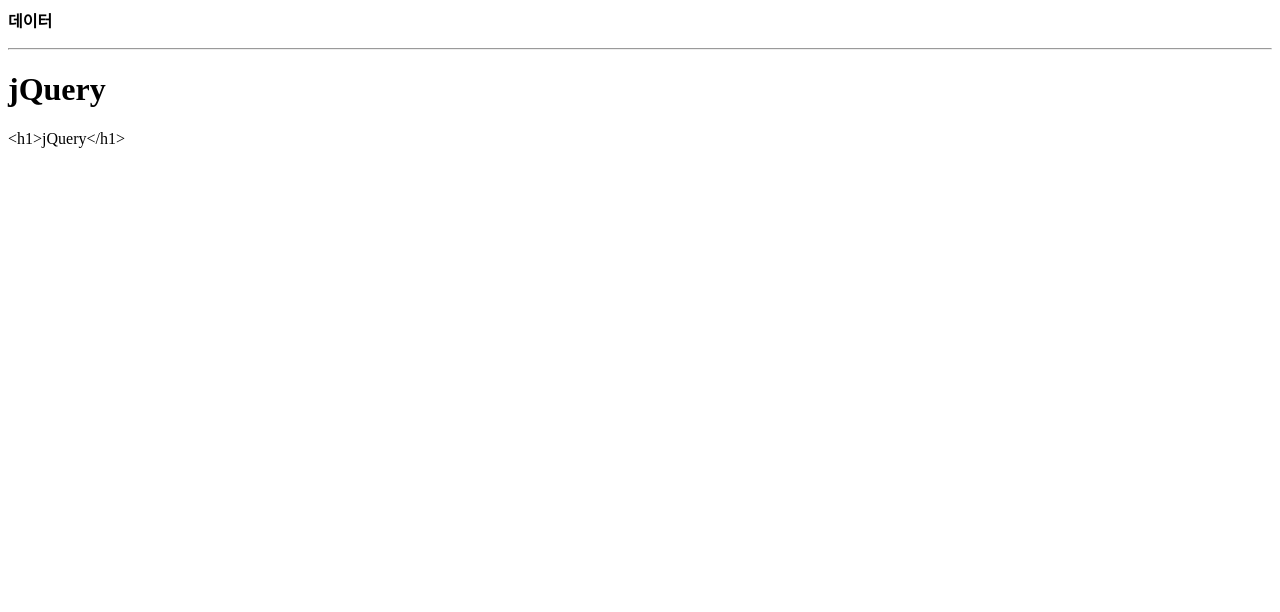
Repository: yoonanet/Web_Workspaces
Page: jQuery/src/main/webapp/03_DOM_Operation.html
These files come from the project's save history. The page is drawn as it stood at one moment and after the next save; the edit follows.
The browser window is 1280 px wide. The pictures show the whole page.

Above is the page before, as saved 2023-03-09 11:42:06.

### jQuery/src/main/webapp/03_DOM_Operation.html
<!DOCTYPE html>
<html>
<head>
  <meta charset="UTF-8">
  <title>문서 객체 조작</title> <!-- 조작이라기 보다는 변화를 줄 수 있는 방법의 기능들을 살펴볼 예정임. -->

  <style type="text/css">
     .first {color:red;}
     .second {color:pink;}
     .third {color:orange;}
  </style>

  <script src="./js/jquery-3.6.3.js"></script> <!-- 까먹지 않고 계속적으로 타이핑하기. -->
  <script type="text/javascript">
/* 1. 문서 객체의 클래스 속성 추가
// - addClass() : 문서 객체의 클래스 속성을 추가. -> 선택자 리뷰에서도 살펴봤었음.
//                클래스를 동적인 효과로써 부여해줄 수 있었음.
    // 예제1. 매개변수에 문자열 입력.
	$(function(){
		$('h1').addClass('item');
		//입력으로 item이라는 정보를 넣어줌. => 기존 코드에는 속성을 적용하지 않았지만 최종 코드에는 class라는 속성에 item이라는 값이 넣어짐.
		//입력으로 문자열 데이터를 전달하면 내부에서는 class라는 속성에 그 입력의 문자열 데이터를 넣어주면서 추가해준다는 것을 알 수 있음.
		//즉, addClass()메소드는 선택되어진 태그 코드에 클래스속성을 추가해주는 메소드임.

	});

    // 예제2. 매개변수에 함수 입력.
    $(function(){ //addClass메소드 => 함수를 전달하면서 서로 다른 이름의 클래스 이름을 추가할 수 있는 것임.
    	$('h1').addClass(function(index){
    		//addClass()는 몇번째 h1이였는지에 대한 값도 함께 전달을 하기 때문에 첫번째 h1을 만나면 0의 정보를 만났다고 하면서 함수를 호출하는 구조이다.
    		return 'item_'+index; //이름은 같지만 index값이 순차적으로 전달이 되어지므로 최종적으로 중복되지 않도록 클래스의 속성을 부여할 수 있게 된다.
    	});
    });
*/

/* 2. 문서 객체의 클래스 속성 제거
// - removeClass(): 문서 객체의 클래스 속성을 제거.
// - 여러 개의 클래스 속성 중 선택적으로 제거.

	$(function(){
		$('h1').removeClass('item');
		//removeClass메소드는 'h1'태그에서 'item'이라고 정의되어져 있는 클래스 속성을 만나면 그 클래스 속성을 제거해달라는 기능임!!
	});
*/


/* 3. 문서 객체의 속성 검사
// - attr(): .속성과 관련된 모든 기능 수행.
//           .첫번째 문서 객체의 속성 출력.

	$(function(){
		var src = $('img').attr('src');
		//태그 선택자로 img를 선택 후 attr()메서드 호출 => 입력으로 src 속성을 넣어줌
		//attr(): 태그(img)가 여러 개 있다고 하더라도 처음에 만나는 문서객체에 해당되어지는 value 값만 읽어오게끔 기능을 제공해주고 있는 것이다.
		//        => 태그의 속성 값을 파악하기 위해서 확인하고자 할 때 활용한다.
		//주의) 모든 정보를 다 알려주는 것이 아닌 첫번째로 만나는 문서객체의 값을 읽어온다.

		alert(src); //첫번째 이미지의 src속성에 담겨져 있는 value값을 읽어와준다는 것을 결과로 알 수 있다.
	});
*/



/* 4. 문서 객체의 속성 추가 -> !!속성과 관련된 모든 처리는 attr()메서드가 담당하고 있음!!
// - attr() 메서드 사용.
// - 3가지 형태로 사용.

	$(function(){
// [속성을 추가하는 형태]
//	1) $(selector).attr(name, value);
		//$('img').attr('width', '200'); //결과: 모든 이미지들이 200이라는 사이즈로 리사이징이 되어 화면상에 출력되고 있음
		//3개의 img가 모두 선택됨 -> attr('속성의 이름', '그 속성의 값')으로 지정해주도록 한다.

//	2) $(selector).attr(name, function(index){}); -> 두번째 매개변수에 함수를 넣어줌.
//     속성의 값에서 사용자 지정 함수를 통해 기능을 달리하여 구성할 수 있다.
//     즉, 함수를 통해 전달되어지는 index값에 따라 독립적인 기능을 적용시킬 수 있다!!
		//$('img').attr('width', function(index){
			//- img태그를 만나게 되면 함수가 호출이 됨 -> 첫번째 태그일 경우 0이 전달됨
			//return (index + 1) * 100; //이미지 축소의 개념으로 정의한 것임
		//}); //함수를 전달하면서 위 기능을 전달하게 되면 첫번째 이미지는 100, 두번째 이미지는 200, 세번째 이미지는 300이 되면서 출력이 되어질 것이다.
		    //각각의 이미지의 크기를 달리하면서 출력할 목적으로 작성된 코드임


//	3) $(selector).attr(object); -> 입력으로 객체를 전달
		$('img').attr({
		//객체는 key와 value값을 통해 정의하는 형식이기 때문에 그 형식 그대로 속성을 부여할 수 있다.
		//key에 속성의 이름을 넣어주고, value의 값은 메서드 혹은 고정된 값으로 넣어줄 수 있다.
			width: function(index){
				return (index + 1) * 100;
			}, //값으로 함수를 넣어줄 때는 attr메서드에서 함수로 매개변수가 들어갔을 때랑 동일하게 정의를 해주도록 한다.
			height: 100 //고정된 값을 넣어줌
		});
	}); //결과: 너비와 높이의 두 개의 속성 값을 지정하면서 이미지 왜곡이 생긴 결과 창이 출력되고 있음
*/


/* 5. 문서 객체의 속성 제거
// - removeAttr(name):문서 객체의 속성을 제거해주는 메서드.

	$(function(){
		$('h1').removeAttr('data-index'); //removeAttr메서드의 입력으로 사용자가 임의로 부여해준 속성의 이름(data-index)을 넣어주도록 한다.
	}); //결과적으로 속성자체가 태그에서 제거되고 있는 것을 결과 창으로 확인할 수 있다.
*/


/* 6. 문서 객체의 스타일 검사
// - css(): 스타일과 관련된 모든 기능을 수행.

	$(function(){
		var color = $('h1').css('color'); //css에서 color에 대한 값을 읽어오도록 함.
		// css메소드도 적용되고 있는 속성중에 color의 값을 읽어오라고 하면
		// => 첫번째로 만나는 h1의 color의 value값을 반환해오고 있다.
		alert(color); //첫번째 요소의 rgb값이 출력됨(rgb(255, 0, 0))

	}); // -> 스타일에 대한 속성의 값을 검사할 때 활용하도록 한다.
*/


/* 7. 문서 객체의 스타일 추가 - css메서드를 활용
//- 사용형태 3가지 (attr()와 동일한 형태로 제공을 해주고 있음.)
$(function(){
// 1) $(selector).css(name, value);
		//$('h1').css('color', 'blue'); //모든 h1에 텍스트 색상을 파란색으로 적용하도록 함
		//소스코드에 가보면 body부분에 style로 속성이 적용되어지고 있음
		//css메소드로 속성의 이름과 그때 적용할 수 있는 값으로 전달하여 처리할 수 있다.

// 2) $(selector).css(name, function(index) { });
//   . 선택자로 선택한 문서 객체에 개별적으로 스타일 속성을 적용하고 싶을 때 사용하는 방법.
//   . 함수를 이용하면 그 안에 적용되는 기능에 따라서 다양한 효과를 부여할 수 있는 것임 => 지금은 어떠한 효과를 줄 수 있는지를 실습으로 확인해보는 것임.

		var color = ['red', 'green', 'blue']; //세개의 값을 저장하는 배열변수를 선언

		$('h1').css('color', function(index){ //두번째 매개변수로 함수를 전달하면 프로그래머가 다양한 기능을 지정해줄 수 있음!!
			return color[index]; //h1태그를 index에 따라서 color를 독립적으로 색상이 적용하도록 한다. (첫번째 h1은 red, 두번째 h1은 green, 세번째 h1은 blue로 적용됨)
		});

// 3) $(selector).css(object);
	var color = ['red', 'green', 'blue'];

	$('h1').css({ //매개변수를 객체로 전달을 하게 되면 여러 속성들을 map의 형태로 정의해줄 수 있음
		color:function(index){ return color[index]; }, //2)에서 정의했던 부분이랑 동일하게 해석하면 됨.
		background:'black' //추가적인 속성을 지정해주도록 함.
	}); //객체는 필드에 제한이 없기 때문에 여러 속성의 값들을 적용을 하면서
	    //해당 선택자에 선택되어진 태그에 다양한 효과를 부여해줄 수 있다!!

});
*/

/* 8. 문서 객체의 내부 검사
$(function(){
//- 기존 자바스크립트에서 문서 객체의 innerHTML 속성과 관련된 jQuery 메서드.
//- 1) html(): 문서 객체 내부의 글자와 관련된 모든 기능을 수행.

	var html = $('h1').html(); //반환되어지는 값을 통해서 html기능을 확인해 볼 예정
	alert(html); //Header-0 => 첫번째 h1에 텍스트노드에 있는 문자열에 대한 데이터를 반환해주는 것을 확인해볼 수 있다.
	//추가를 할 수 있지만 속성과 관련된 검사에 대한 기능으로 메서드를 그대로 활용할 수 있는 것임


//- 2) text(): html()과 유사하게 동작되어지는 메서드로써 추가적인 제공을 해줌.
//   . 문서 객체 내부의 글자와 관련된 모든 기능을 수행.
//   . 선택자로 선택한 모든 문서 객체의 글자를 가져와 출력.

	var text = $('h1').text();
	alert(text); //Header-0Header-1Header-2 => 모든 h1에 텍스트노드에 있는 문자열에 대한 데이터를 연속으로 반환해줌.

	//[html과 text ↓]
	//=> 문자열 데이터를 읽어와주는 기능이라는 것은 동일함.
	//하지만, html을 호출하면 만나는 첫번째 h1의 정보만을 보여주면서 기다리게 되고,
	//        text로 호출을 하게 되면 모든 h1을 검색해서 텍스트의 형태로 반환을 해주고 있다.

});
*/

/* 9. 문서 객체의 내부 추가 => html()과 text()를 활용할 수 있음
// 1) $(selector).html(value);
//       -> HTML 태그를 인식해 문자열 삽입.

	$(function(){
		$('div').html('<h1>$().html()</h1>'); //태그로 인식하여 동작이 되면 h1태그 안이 문자열로 인식될 것임
	 	//결과적으로 div태그에 html입력으로 작성해줬던 코드들이 태그로 인식되어 삽입이 되어지고 있다는 것을 확인해 볼 수 있다.

//    $(selector).text(value);
//       -> HTML 태그를 인식하지 않음.

		$('div').text('<h1>$().html()</h1>');
		//text입력으로 넣어준 코드들이 태그로 인식이 되어지는 것이 아니라 텍스트(문자열) 자체로 인식이 되어진다는 것을 결과창으로 확인할 수 있다.
	});

//  2) $(selector).html(function(index, html){}); //입력으로 함수를 전달할 수 있게끔 기능이 오버로딩 되어 있음
//     $(selector).text(function(index, html){});

    //[html적용 - 태그로 인식]
    $(function(){
    	$('div').html(function(index, html){
    		return '<h1>Header - '+index+'</h1>'; //h1을 태그로 적용하기 때문에 제목의 형태로 인덱스값만 달리하여 결과값을 확인할 수 있다.
    	});

    });

    //[text적용 - 텍스트로 인식]
    $(function(){
    	$('div').text(function(index, html){
    		return '<h1>Header - '+index+'</h1>'; //태그의 형태가 아닌 텍스트의 형태로 출력이 되는 것을 확인해볼 수 있다.
    	});

    });
   */

/* 10. 문서 객체의 내부 제거
// 1) remove(): 특정 문서 객체를 제거.
// 2) empty() : 특정 문서 객체의 후손을 모두 제거.
// css에서도 동일하게 제공을 해주고 있었음. 하지만 css는 정적으로 하여 처리를 해줄 수 있을 뿐이지 수행하는 과정에서 동적인 처리를 하기에는 어려움이 있음

	//[remove()메소드]
	$(function(){
		$('h1').first().remove(); //첫번째 h1을 제거함.
	}); //remove()를 활용하면 특정 문서 객체가 사라지게 하는 효과를 가져갈 수 있음

	//[empty()메소드]
	$(function(){
		$('div').first().empty(); //empty(): div(선택되어진 태그)에 후손으로 있는 모든 태그들을 제거함.(div안에 있는 모든 요소들이 대상으로 선택됨)
	});
*/

/* 11. 문서 객체의 생성(1)
//- 텍스트 노드를 갖는 문서 객체를 생성하는 방법.
//- $(): 문서 객체 생성.
//- $() 함수의 매개 변수에 HTML 태그를 문자열로 넣기만 하면 문서 객체가 생성됨.
//- 자바스크립트에서는 문서객체를 생성하려면 태그하나만 생성하려고 해도 createElement로 생성을 하고
//  텍스트 노드가 있다면 createTextNode를 생성하고 이 둘을 연결하고, 출력의 위치를 연결해줘야 하는 번거로운 코드를 구성했어야 했음.

//- 생성한 문서 객체를 body 태그에 추가하는 방법1.
	//$(document).ready(function(){});

	$(function(){
		//태그를 추가하고 싶다고 할 때는 추가할 태그를 입력으로 넣어주면 된다. => jQuery가 자동인식을 함. (createElement와 동일한 효과)
		$('<h1></h1>').html('Hello jQuery!').appendTo('body');
		//h1은 텍스트노드가 삽입이 되어야 의미가 있음
		//-> 메서드 체이닝 방식을 통해 html메서드를 호출하여 삽입할 텍스트를 넣어주도록 한다. (createTextNode와 동일한 효과)
		//-> jQuery는 자체적으로 연결을 해주기 때문에 별도로 작업을 수행할 필요가 없음!!
		//-> 출력의 위치는 appendTo()메서드를 이용해서 태그를 지정해주도록 한다.
		//   appendTo는 입력으로 지정한 태그를 기준으로 자식으로 넣어주겠다는 의미이다.
		//즉, jQuery를 이용하면 자바스크립트에서의 번거로웠던 코드에서 간단하게 한줄로 코드를 작성할 수 있게 되는 것이다. (+) 더 직관적임, 메소드를 기억해야 하는 부담감도 덜어짐.

	});


//- $() 메서드의 내부에 HTML 태그를 바로 넣어 body 태그에 추가하는 방법2 => 위 1방법보다 더 간단해짐.
	$(function(){
		$('<h1>Hello jQuery</h1>').appendTo('body'); //body태그 뒤에 추가함.
		//html을 생략하여 완성된 구문을 jQuery함수에 호출 시에 넣어주면서 appendTo에 지정한 영역에 추가해달라는 의미를 전달하게 된다. => 더 간결한 코드를 작성할 수 있음.
	});
	*/

/* 12. 문서 객체의 생성(2)
//- 텍스트 노드를 갖지 않는 문서 객체(고유속성을 가지고 있음)를 생성하는 방법. ex)자바스크립트에서는 img태그로 실습을 했었음
//  -> 따라서 attr()의 메소드를 활용하여 값을 부여하도록 한다.

	$(function(){
		$('<img />').attr('src', 'img/Koala.jpg').appendTo('body');
		//이미지 태그를 추가할 때 이전에 컨셉과 동일함 (img태그는 src속성을 지정해줘야 의미를 가짐.)
		//jQuery에서 속성과 관련된 처리를 해주는 메서드는 attr()로 처리함.
		//이후에 appendTo메서드를 통해 추가될 영역을 지정하여 추가하도록 한다.
	});

	$(function(){ //확인해보기!!
		$('<img />').attr({ //attr()메소드에서 객체로 전달을 하게되면 다양한 속성을 한번에 적용을 할 수가 있음 (바로 속성을 지정하도록 하면 한 가지의 속성만 지정할 수 있음)
			src:'img/Koala.jpg',
			width:'350',
			height:'250'
		}).appendTo('body');

	});
*/


/* 13. 문서 객체의 삽입(1) => 다양한 메서드로 정의를 해서 제공을 해줌으로써 다양한 위치에 삽입할 수 있는 방법들을 제공 */
//- $(A).appendTo(B)  : A를 B의 뒷 부분(자식 요소)에 추가한다.
//- $(A).prependTo(B)  : A를 B의 앞 부분(자식 요소)에 추가한다. => body로 지정하면 안됨.(body앞에 태그가 올 수 없음)
//- $(A).insertAfter(B)  : A를 B의 뒤(형제요소)에 추가한다.     => 대등한 관계로 바라봄. 나란히 앞이나 뒤에 붙이는 것임
//- $(A).insertBefore(B)  : A를 B의 앞(형제요소)에 추가한다.


/* 14. 문서 객체의 삽입(2) => (1)에서 주체가 바뀌는 것임 => 주체가 A임
//     이름이 간단해서 주로 많이 사용됨.
//- $(A).append(B) : B를 A의 뒷 부분(자식 요소)에 추가한다. =>(A)에 body가 들어가면 됨.
//- $(A).prepend(B) : B를 A의 앞 부분에 추가한다.           =>앞에 자식으로 붙이겠다는 의미
//- $(A).after(B)    : B를 A의 뒤에 추가한다.               =>대등한 관계.
//- $(A).before(B)   : B를 A의 앞에 추가한다.

//- 모든 메서드 사용 방법 동일
//- 1. $(selector).append(content, content, ....... , content) : 갯수의 제한 없이 얼마든지 추가할 수 있는 첫번째 형식.

	$(function(){
		var h1 = '<h1>Header 1</h1>';
		var h2 = '<h2>Header 2</h2>';

		$('body').append(h1, h2, h1, h2); //=> 갯수는 제한이 없음
		//append일 때는 주체가 앞에 옴. body의 자식으로 지정해준 변수의 태그들을 추가해달라는 의미이다.
		//=> body에서 맨 하단에 추가됨!!
	});
*/

//- 2. $(selector).append(function(index, value){}); //append메서드에 함수를 전달하게끔 정의가 되어져 있음


//- 3.



/* 15. 문서 객체의 이동 */
//- 기존에 존재하는 문서 객체를 선택하고 문서 객체 삽입 메서드를 사용하면, 문서 객체를 쉽게 다른 곳으로 이동시킬 수 있다.



/* 16. 문서 객체의 복제 */
//- 기존 문서 객체를 선택하고 문서 객체 삽입 메서드를 사용하면, 문서 객체가 이동.


//=========
//- clone() : 문서 객체 복제.
//- $(selector).clone()
//  $(selector).clone(Boolean dataAndEvents)
//  $(selector).clone(Boolean dataAndEvents, Boolean deepDataAndEvents)




</script>
</head>

<body>

<!-- 1. 문서 객체의 클래스 속성 추가
    <h1>Header-0</h1>
    <h1>Header-1</h1>
    <h1>Header-2</h1>
-->

<!-- 2. 문서 객체의 클래스 속성 제거
    <h1 class="item">Header-0</h1>
    <h1 class="item select">Header-1</h1>
    <h1 class="item">Header-2</h1>
-->

<!-- 3/4. 문서 객체의 속성 검사/추가
    <img src="img/Koala.jpg" />
    <img src="img/Penguins.jpg" />
    <img src="img/Tulips.jpg" />
-->

<!-- 5. 문서 객체의 속성 제거:
     속성에 'data-'의 접두어가 들어가면 공식적인 속성이 아닌 프로그래머 혹은 개발자가 새롭게 추가해주고 있는 속성이 된다.
     !!속성 이름을 보면서 체크를 하도록 해야한다!!
    <h1 data-index="0">Header-0</h1>
    <h1 data-index="1">Header-1</h1>
    <h1 data-index="2">Header-2</h1>
-->

<!-- 6. 문서 객체의 스타일 검사
    <h1 class="first">Header-0</h1>
    <h1 class="second">Header-1</h1>
    <h1 class="third">Header-2</h1>
-->

<!-- 7/8. 문서 객체의 스타일 추가
    <h1>Header-0</h1>
    <h1>Header-1</h1>
    <h1>Header-2</h1>
-->

<!-- 9-1. 문서 객체의 내부 추가
    <div></div>
    <div></div>
    <div></div>
 -->

<!-- 9-2. 문서 객체의 내부 추가
    <h1>Header-0</h1>
    <h1>Header-1</h1>
    <h1>Header-2</h1>
 -->

<!-- 10. 문서 객체의 내부 제거
    <div>
        <h1>Header-0</h1>
        <h1>Header-1</h1>
    </div>
 -->

<!-- 14. 문서 객체의 삽입(2)  -->
    <div>
       <b>데이터</b>
       <ul id="name_region"></ul>
    </div>


<!-- 14. 문서 객체의 삽입(3)
    <header>
    	<h1>데이터</h1>
    </header>
 -->

<!-- 15. 문서 객체의 이동
    <img src="img/Chrysanthemum.jpg" />
    <img src="img/Desert.jpg" />
    <img src="img/Hydrangeas.jpg" />
    <img src="img/Koala.jpg" />
    <img src="img/Penguins.jpg" />
    <img src="img/Tulips.jpg" />
-->

<!-- 16. 문서 객체의 복제
    <h1>HEADER</h1>
    <hr />
    <div></div>
    <hr />
-->
	<hr>
	<!-- 브라우저에서는 어떻게 처리되기 때문에 어떤 경우에는 태그로 인식되고 어떤 경우에는 문자열로 인식이 되고 있는가?
		 번외) 브라우저 상에는 <h1> 태그가 보여지지 않고 헤더의 역할로써 진한 글씨체로 큰 사이즈의 글씨를 보여주고 있음
			   브라우저는 <를 만나는 즉시 태그로 인식함. 따라서 브라우저 상에서 그대로 출력이 안됨
	           태그로 동작을 시키는 것이 아니라 이 모양 그대로 브라우저에 문자열처럼 똑같이 출력을 하고 싶다면 우리가 어떻게 해줄 수 있을까?
	           이 부분이 text() 메서드가 동작을 해주고 있던 기능이였음. 이 부분을 더 살펴볼 예정이다. -->
	<h1>jQuery</h1>
	&lt;h1&gt;jQuery&lt;/h1&gt;
	<!-- 브라우저는 &lt;를 만나면 <로 표시를 해준다.
	                >는 &gt;로 약속을 해놓음!!
	     즉, text()메소드는 <와 >를 만났을 때 &lt;와 &gt;로 변환을 해주면서 출력을 해주는 것이다.
	         html()메소드는 변환하지 않고 그대로 실행을 함 => 이렇듯 text와 html은 내부적인 차이점을 가지고 있는 것이다. -->


</body>
</html>

Loaded but not shown: jQuery/src/main/webapp/js/jquery-3.6.3.js (library)

After the next save:
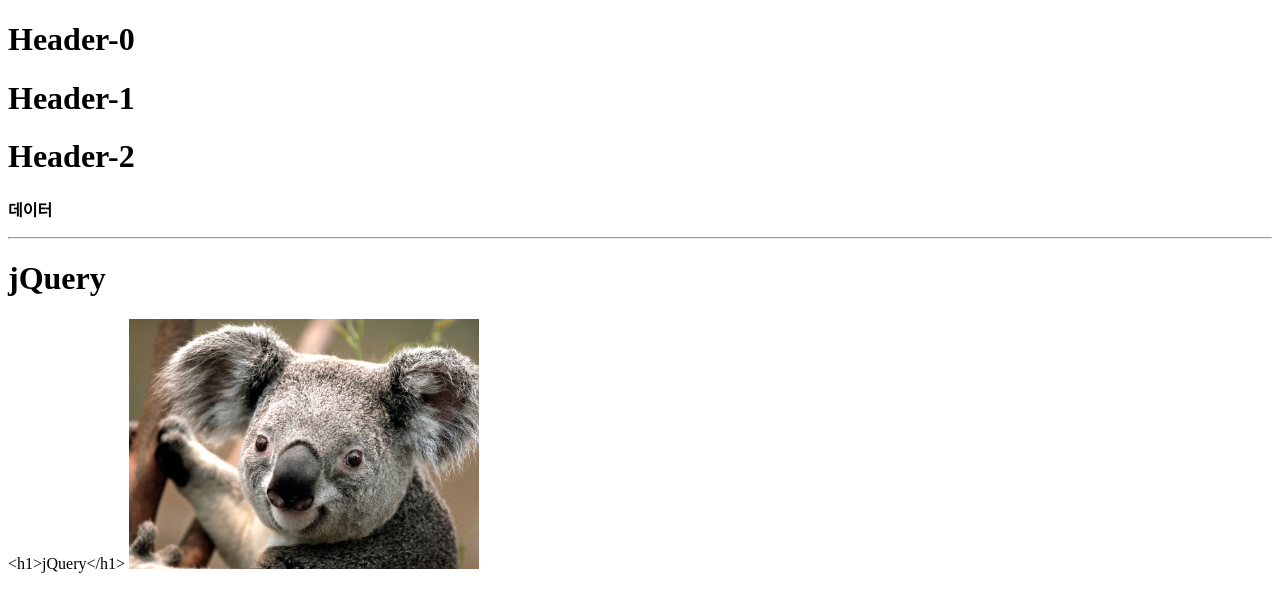
Saved 3 min 16 s later.
--- a/jQuery/src/main/webapp/03_DOM_Operation.html
+++ b/jQuery/src/main/webapp/03_DOM_Operation.html
@@ -262,7 +262,7 @@ $(function(){
 		//jQuery에서 속성과 관련된 처리를 해주는 메서드는 attr()로 처리함.
 		//이후에 appendTo메서드를 통해 추가될 영역을 지정하여 추가하도록 한다.
 	});
-
+	*/
 	$(function(){ //확인해보기!!
 		$('<img />').attr({ //attr()메소드에서 객체로 전달을 하게되면 다양한 속성을 한번에 적용을 할 수가 있음 (바로 속성을 지정하도록 하면 한 가지의 속성만 지정할 수 있음)
 			src:'img/Koala.jpg',
@@ -271,7 +271,7 @@ $(function(){
 		}).appendTo('body');
 
 	});
-*/
+
 
 
 /* 13. 문서 객체의 삽입(1) => 다양한 메서드로 정의를 해서 제공을 해줌으로써 다양한 위치에 삽입할 수 있는 방법들을 제공 */
@@ -375,11 +375,11 @@ $(function(){
     <div></div>
  -->
 
-<!-- 9-2. 문서 객체의 내부 추가
+<!-- 9-2. 문서 객체의 내부 추가 -->
     <h1>Header-0</h1>
     <h1>Header-1</h1>
     <h1>Header-2</h1>
- -->
+
 
 <!-- 10. 문서 객체의 내부 제거
     <div>
